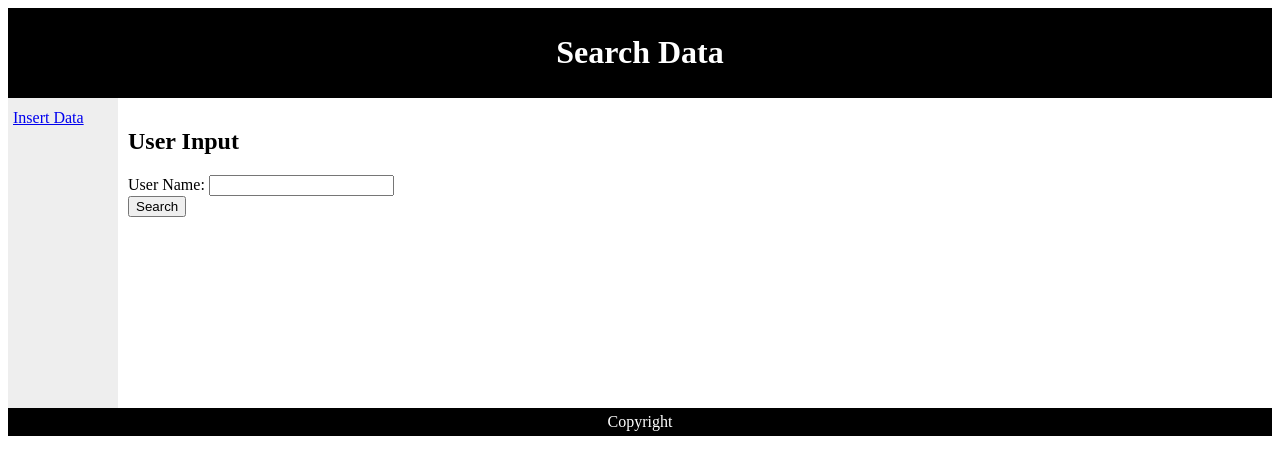
Repository: bpinkelman/Tech-Exercise
Page: planner-pinkelman/WebContent/AssignmentSearch.html
The author's editor kept a copy of each file at every save. The page is drawn from the files as they stood at one save, then again after the next save.
The browser window is 1280 px wide. The pictures show the whole page.

Above is the page before, as saved 2020-02-27 23:40:30.

### planner-pinkelman/WebContent/AssignmentSearch.html
<html>
<head>
<style>
header {
    background-color:black;
    color:white;
    text-align:center;
    padding:5px;
}
nav {
    line-height:30px;
    background-color:#eeeeee;
    height:300px;
    width:100px;
    float:left;
    padding:5px;
}
section {
    width:350px;
    float:left;
    padding:10px;
}
footer {
    background-color:black;
    color:white;
    clear:both;
    text-align:center;
    padding:5px;
}
</style>
</head>

<body>
<header>
<h1> Search Data </h1>
</header>

<nav>
<a href="/planner-pinkelman/simpleFormInsert.html">Insert Data</a> <br>
</nav>

<section>
	<h1>User Input</h1>

	<form action="SimpleFormSearch" method="POST">

		User Name: <input type="text" name="keyword"> <br />

		<input type="submit" value="Search" />
	</form>

</section>

<footer>
Copyright
</footer>
</body>
</html>

After the next save:
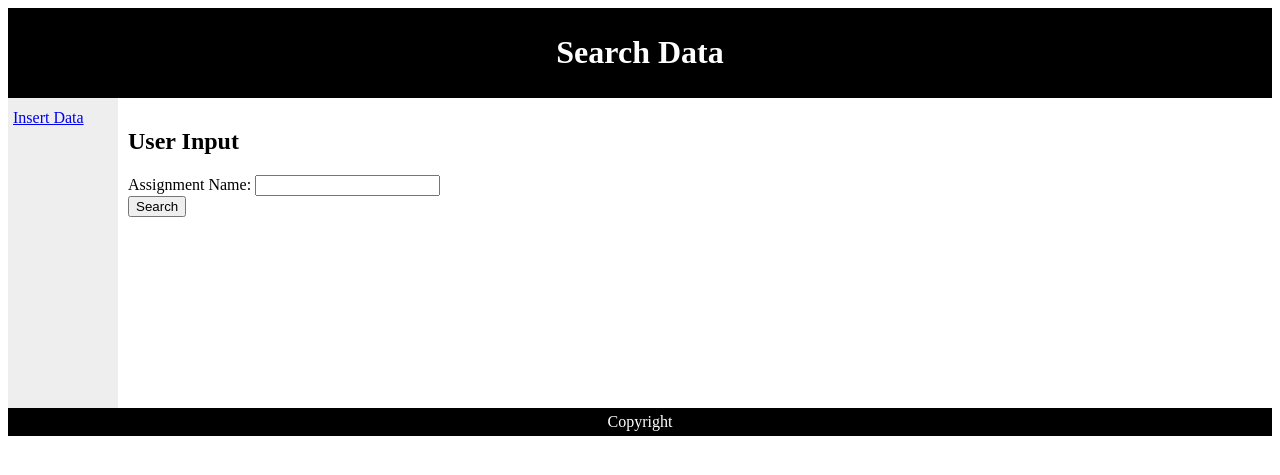
Saved 43 s later.
--- a/planner-pinkelman/WebContent/AssignmentSearch.html
+++ b/planner-pinkelman/WebContent/AssignmentSearch.html
@@ -36,15 +36,15 @@ footer {
 </header>
 
 <nav>
-<a href="/planner-pinkelman/simpleFormInsert.html">Insert Data</a> <br>
+<a href="/planner-pinkelman/AssignmentInsert.html">Insert Data</a> <br>
 </nav>
 
 <section>
 	<h1>User Input</h1>
 
-	<form action="SimpleFormSearch" method="POST">
+	<form action="AssignmentSearch" method="POST">
 
-		User Name: <input type="text" name="keyword"> <br />
+		Assignment Name: <input type="text" name="keyword"> <br />
 
 		<input type="submit" value="Search" />
 	</form>
